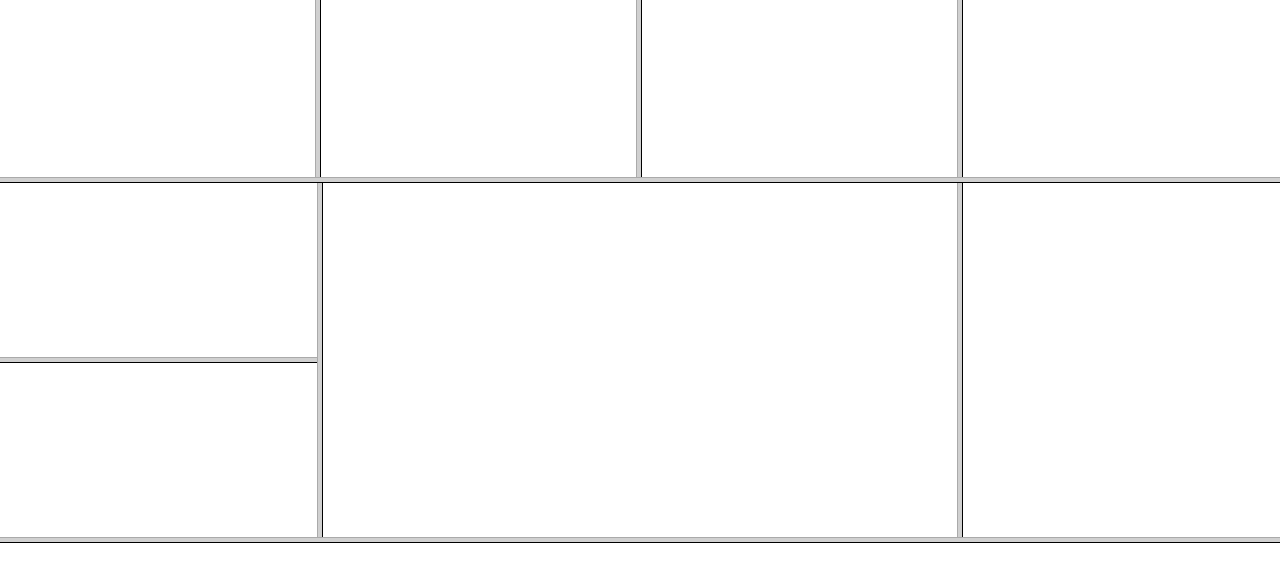
Repository: paul2oh/hellowjava
Page: workspace/javastart_svn/src/javastart/WebContent/clientPrg/a01_html/a05_test1.html
These files come from the project's save history. The page is drawn as it stood at one moment and after the next save; the edit follows.
The browser window is 1280 px wide. The pictures show the whole page.

Above is the page before, as saved 2017-01-03 10:16:31.

After the next save:
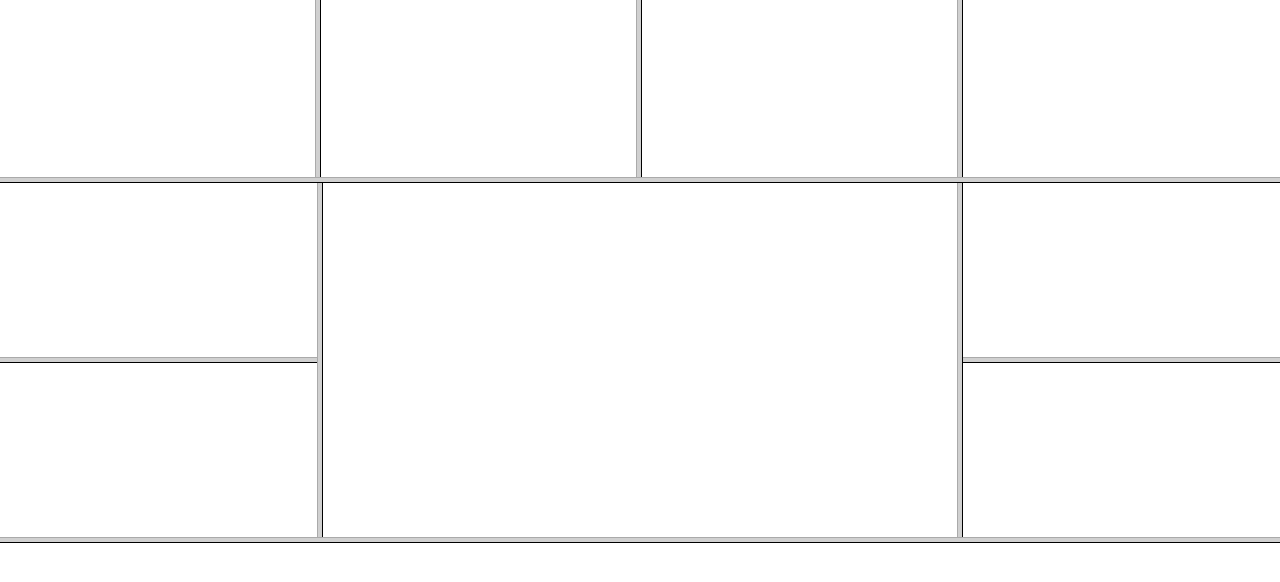
Saved 13 s later.
--- a/workspace/javastart_svn/src/javastart/WebContent/clientPrg/a01_html/a05_test1.html
+++ b/workspace/javastart_svn/src/javastart/WebContent/clientPrg/a01_html/a05_test1.html
@@ -58,7 +58,10 @@
 	<frame />
 	</frameset >
 	<frame />
+	<frameset rows="50%,50%">
 	<frame />
+	<frame />
+	</frameset >
 	</frameset>
 	<frame />
 
